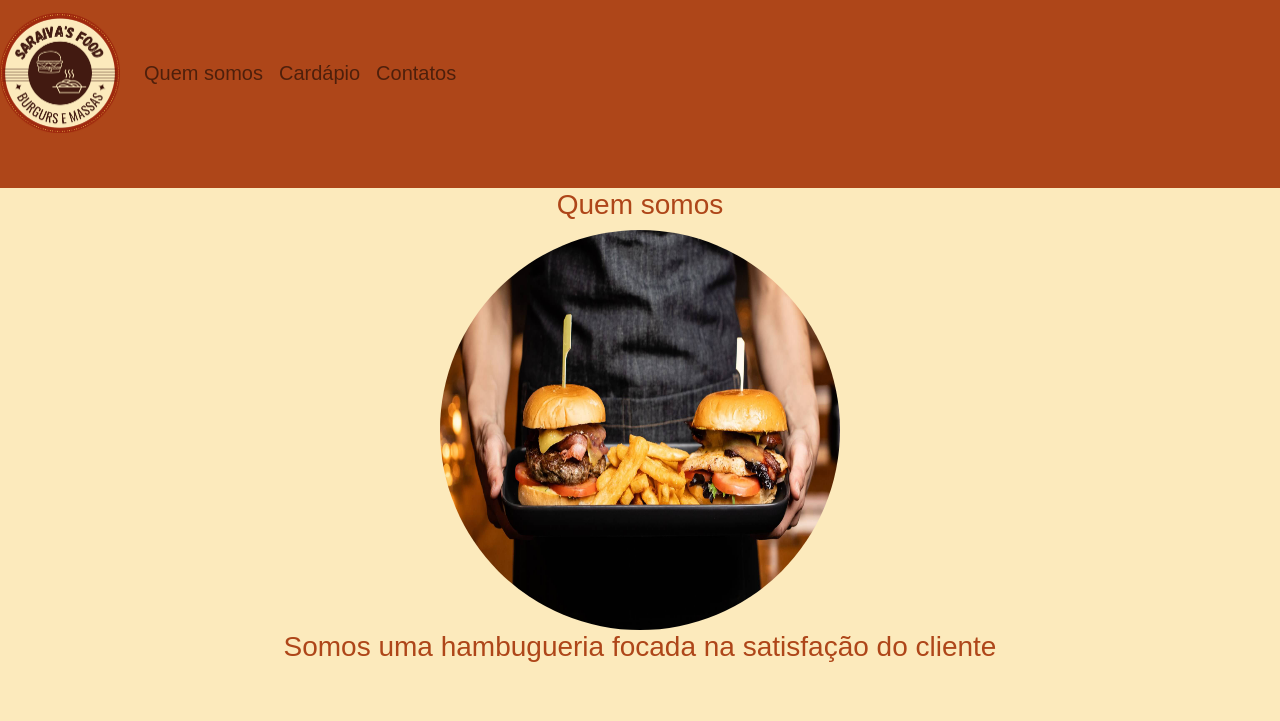
Repository: Tuanemendes/curso_bootstrap
Page: projeto1/index.html
These files come from the project's save history. The page is drawn as it stood at one moment and after the next save; the edit follows.
The browser window is 1280 px wide. The pictures show the whole page.

Above is the page before, as saved 2022-04-04 16:52:19.

### projeto1/index.html
<!DOCTYPE html>
<html lang="pt-br">

<head>
    <title>Saraiva's</title>
    <meta charset="utf-8">
     <link href="https://cdn.jsdelivr.net/npm/bootstrap@5.1.3/dist/css/bootstrap.min.css" rel="stylesheet" integrity="sha384-1BmE4kWBq78iYhFldvKuhfTAU6auU8tT94WrHftjDbrCEXSU1oBoqyl2QvZ6jIW3" crossorigin="anonymous">
        <link rel=" stylesheet" type="text/css" href="/css/style.css">
</head>

<body>
    <nav class="navbar navbar-expand-lg navbar-light margin">
        <a class="navbar-brand" href="#">
            <img src="/img/saraivasfood.png" alt="logo" width="120" height="120">
        </a>
        <div class="collapse navbar-collapse">
            <ul class="navbar-nav">
                <li class="nav-item">
                    <a class="nav-link " href="#"> Quem somos </a>
                </li>
                <li class="nav-item">
                    <a class="nav-link " href="#"> Cardápio </a>
                </li>
                <li class="nav-item">
                    <a class="nav-link " href="#"> Contatos </a>
                </li>
            </ul>
        </div>
    </nav>

    <section id="quemsomos">
        <div class="container-fluid quem-somos text-center margin">
            <h3>Quem somos</h3>
            <img src="/img/FICHA-TECNICA-PARA-HAMBURGUERIA-DICA.jpg" class="rounded-circle" alt="burgueria" width="400" height="400">
            <h3>Somos uma hambugueria  focada na satisfação do cliente</h3>

            </div>
    </section>
</body>

</html>

### css/style.css
body{
  font: 20px Arial,sans-serif;
}

.navbar{
    background-color: #ae4619;

}
.quem-somos{
    background-color: #fceabc;
    color: #ae4619;

}
.margin{
    padding-bottom: 50px;

}

After the next save:
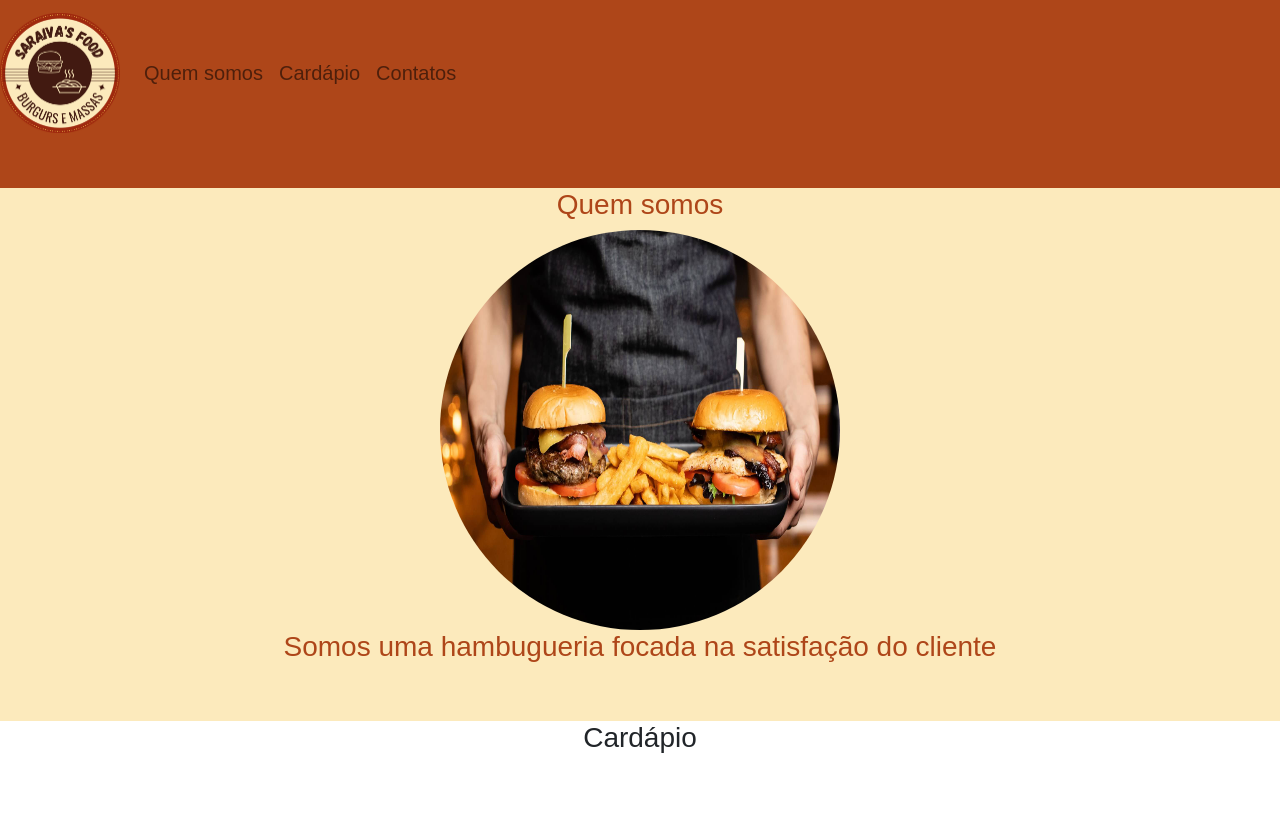
Saved 6 min 48 s later.
--- a/projeto1/index.html
+++ b/projeto1/index.html
@@ -36,6 +36,13 @@
 
             </div>
     </section>
+    <section id="cardapio">
+        <div class="container-fluid text-center margin">
+           <h3>Cardápio</h3>
+
+        </div>
+    </section>
+
 </body>
 
 </html>
